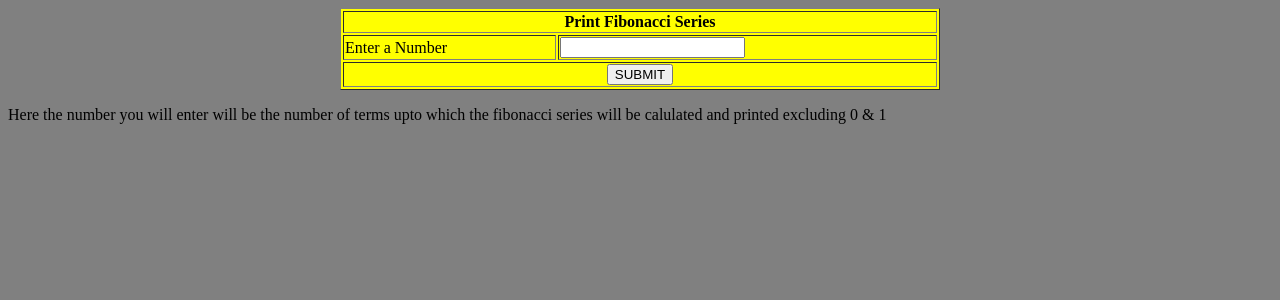
Repository: coolsam56/Advance_Java
Page: Lab6B/src/main/webapp/fab.html
The author's editor kept a copy of each file at every save. The page is drawn from the files as they stood at one save, then again after the next save.
The browser window is 1280 px wide. The pictures show the whole page.

Above is the page before, as saved 2023-05-11 16:07:00.

### Lab6B/src/main/webapp/fab.html
<!DOCTYPE html>
<html>
<head>
<meta charset="UTF-8">
<title>Fibonacci</title>
</head>
<body bgcolor="gray">

<form action="Fab.jsp">
<table bgcolor = "yellow"  align = "center" border="" width="600px">
<tr>
<th align="center" colspan="2"><b>Print Fibonacci Series</b> </th>
</tr>

<tr>
<td> Enter a Number</td>
<td><input type =" text" name="no1">
</td>
</tr>

<tr>
<td align="center" colspan="4"><input type ="submit" value="SUBMIT">
</td>
</tr>


</table>
</form>
<p> Here the number you will  enter will be the number of terms upto which the fibonacci series will be calulated and printed excluding 0 & 1</p>
</body>
</html>

After the next save:
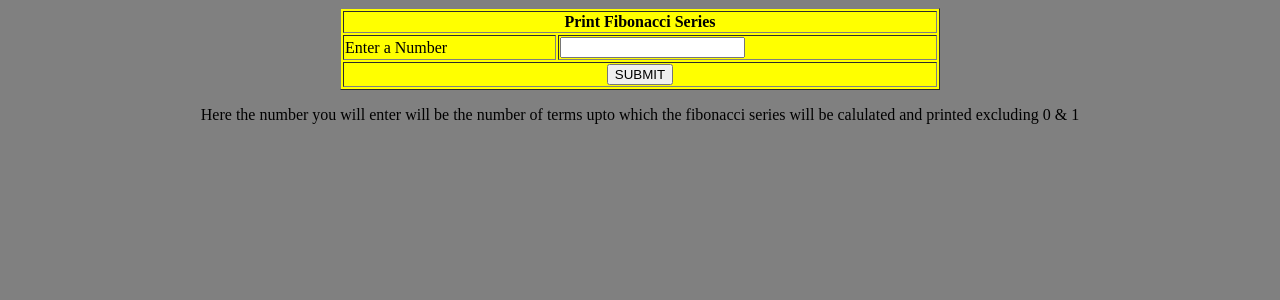
Saved 2 min 23 s later.
--- a/Lab6B/src/main/webapp/fab.html
+++ b/Lab6B/src/main/webapp/fab.html
@@ -26,6 +26,6 @@
 
 </table>
 </form>
-<p> Here the number you will  enter will be the number of terms upto which the fibonacci series will be calulated and printed excluding 0 & 1</p>
+<p align="center"> Here the number you will  enter will be the number of terms upto which the fibonacci series will be calulated and printed excluding 0 & 1</p>
 </body>
 </html>
